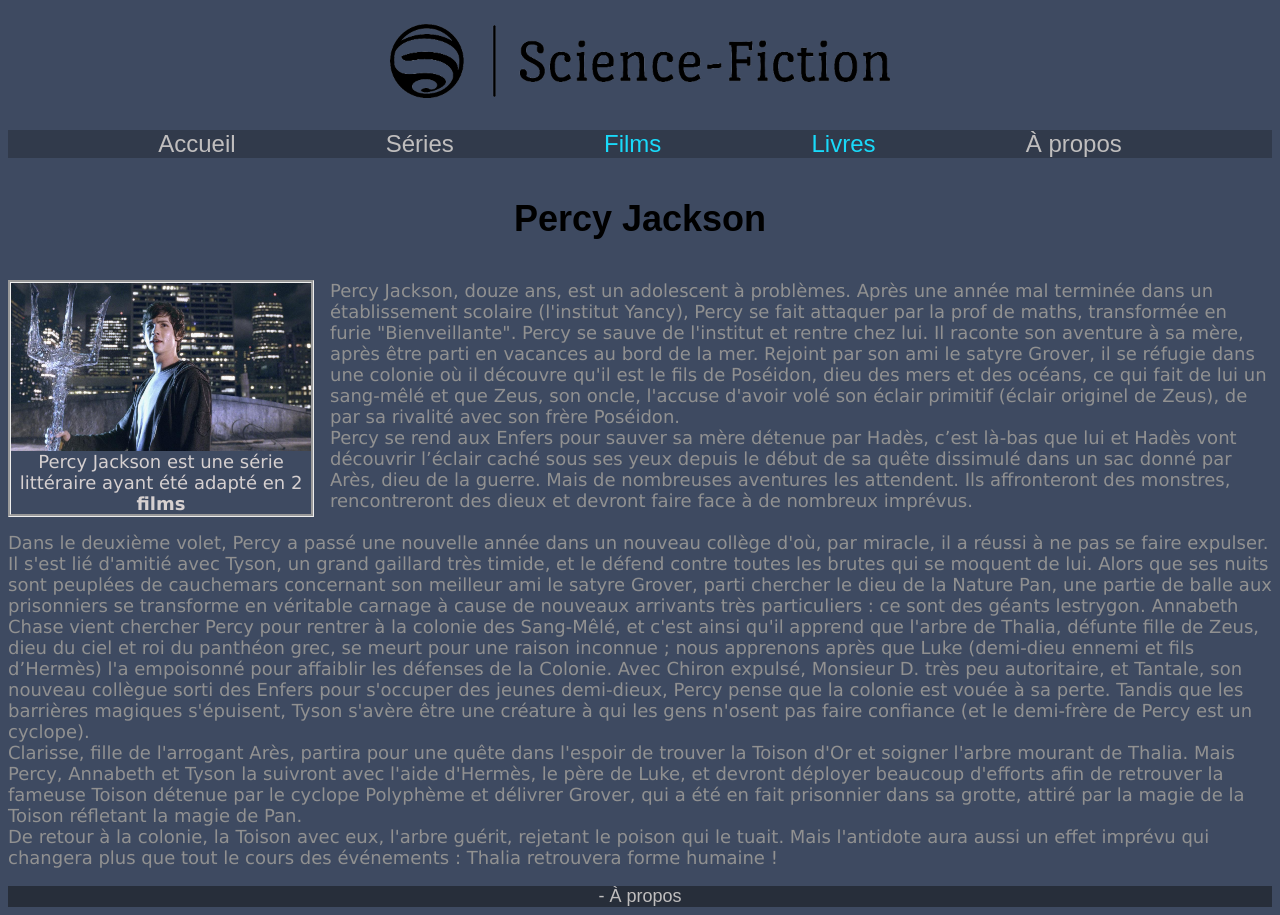
Repository: Emalios/Projet-Web
Page: html/livres/percy-jackson.html
An editor plug-in stored every save of this project. The page is shown before and after the next save, followed by the edit.
The browser window is 1280 px wide. The pictures show the whole page.

Above is the page before, as saved 2020-11-11 20:54:45.

### html/livres/percy-jackson.html
<!DOCTYPE html>
<html lang="fr" dir="ltr">

<head>
  <meta charset="utf-8">
  <meta name="viewport" content="width=device-width, initial-scale=1.0">
  <title>Percy Jackson</title>
  <link rel="icon" href="../../images/small_icon.png" type="image/png">
  <link rel="stylesheet" href="../../css/common.css">
  <link rel="stylesheet" href="../../css/description.css">
</head>

<body>
  <header>
    <img id="logo" src="../../images/logo_large.png" alt="logo de Science-fiction">

    <nav class="navbar">
      <a href="../../index.html" class="nav-link">Accueil</a>
      <a href="../series.html" class="nav-link">Séries</a>
      <a href="../films.html" id="active" class="nav-link">Films</a>
      <a href="../livres.html" id="active" class="nav-link">Livres</a>
      <a href="../a-propos.html" class="nav-link">À propos</a>
    </nav>
  </header>
  <h1 id="title">Percy Jackson</h1>
  <figure class="figure_descriptive">
    <img class="image_descriptive" alt="Percy Jackson et le trident de Poséidon" src="../../images/page-film/percy-jackson-trident-scene.jpg" />
    <figcaption class="description">Percy Jackson est une série littéraire ayant été adapté en 2 <b>films</b></figcaption>
  </figure>
  <main>
    <p class="resume">
      Percy Jackson, douze ans, est un adolescent à problèmes. Après une année mal terminée dans un établissement scolaire (l'institut Yancy), Percy se fait attaquer par la prof de maths, transformée en furie "Bienveillante". Percy se sauve de
      l'institut et rentre chez lui. Il raconte son aventure à sa mère, après être parti en vacances au bord de la mer. Rejoint par son ami le satyre Grover, il se réfugie dans une colonie où il découvre qu'il est le fils de Poséidon, dieu des mers
      et des océans, ce qui fait de lui un sang-mêlé et que Zeus, son oncle, l'accuse d'avoir volé son éclair primitif (éclair originel de Zeus), de par sa rivalité avec son frère Poséidon.<br>

      Percy se rend aux Enfers pour sauver sa mère détenue par Hadès, c’est là-bas que lui et Hadès vont découvrir l’éclair caché sous ses yeux depuis le début de sa quête dissimulé dans un sac donné par Arès, dieu de la guerre. Mais de nombreuses
      aventures les attendent. Ils affronteront des monstres, rencontreront des dieux et devront faire face à de nombreux imprévus.</br></br>
      Dans le deuxième volet, Percy a passé une nouvelle année dans un nouveau collège d'où, par miracle, il a réussi à ne pas se faire expulser. Il s'est lié d'amitié avec Tyson, un grand gaillard très timide, et le défend contre toutes les brutes
      qui se moquent de lui. Alors que ses nuits sont peuplées de cauchemars concernant son meilleur ami le satyre Grover, parti chercher le dieu de la Nature Pan, une partie de balle aux prisonniers se transforme en véritable carnage à cause de
      nouveaux arrivants très particuliers : ce sont des géants lestrygon. Annabeth Chase vient chercher Percy pour rentrer à la colonie des Sang-Mêlé, et c'est ainsi qu'il apprend que l'arbre de Thalia, défunte fille de Zeus, dieu du ciel et roi du
      panthéon grec, se meurt pour une raison inconnue ; nous apprenons après que Luke (demi-dieu ennemi et fils d’Hermès) l'a empoisonné pour affaiblir les défenses de la Colonie. Avec Chiron expulsé, Monsieur D. très peu autoritaire, et Tantale,
      son nouveau collègue sorti des Enfers pour s'occuper des jeunes demi-dieux, Percy pense que la colonie est vouée à sa perte. Tandis que les barrières magiques s'épuisent, Tyson s'avère être une créature à qui les gens n'osent pas faire
      confiance (et le demi-frère de Percy est un cyclope).<br>

      Clarisse, fille de l'arrogant Arès, partira pour une quête dans l'espoir de trouver la Toison d'Or et soigner l'arbre mourant de Thalia. Mais Percy, Annabeth et Tyson la suivront avec l'aide d'Hermès, le père de Luke, et devront déployer
      beaucoup d'efforts afin de retrouver la fameuse Toison détenue par le cyclope Polyphème et délivrer Grover, qui a été en fait prisonnier dans sa grotte, attiré par la magie de la Toison réfletant la magie de Pan.<br>

      De retour à la colonie, la Toison avec eux, l'arbre guérit, rejetant le poison qui le tuait. Mais l'antidote aura aussi un effet imprévu qui changera plus que tout le cours des événements : Thalia retrouvera forme humaine !
    </p>
  </main>
  <footer><a href="../a-propos.html" class="footer-link">- À propos</a></footer>


</body>

</html>

### css/common.css
body {
  background-color: #3e4a61;
  font-size: 18px;
  font-family: "Source Sans Pro", sans-serif;
}

#logo {
  display: block;
  margin-left: auto;
  margin-right: auto;
  padding-top: 1rem;
  padding-bottom: 2rem;
  max-width: 500px;
}

ul {
  list-style: none outside none;
}

.navbar {
  font-size: 24px;
  display: flex;
  flex-wrap: wrap;
  justify-content: space-evenly;
  padding: 0;
  background-color: #313a4b;
}

.nav-link, .footer-link {
  text-decoration: none;
  color: #c0bebe;
}

.nav-link:hover {
  color: #19dafa;
}

#active {
  color: #19dafa !important;
}

#title {
  text-align: center;
  padding: 1rem;
}

footer {
  background-color: #272e3a;
  text-align: center;
}

@media all and (max-width: 700px) {
  #logo {
    display: block;
    margin-left: auto;
    margin-right: auto;
    padding-top: 1em;
    width: 85%;
    max-width: 500px;
  }

}

### css/description.css
.resume, .description {
  color: #919191;
  font-family: Verdana, sans-serif;
}

.description {
    color: #d6d0d0;
}

.figure_descriptive {
    margin: 0;
    margin-right: 1rem;
    width: min-content;
    display: flex;
    flex-direction: column;
    float: left;
    text-align: center;
    border-style: groove;
}

.description {
  margin: 0;
  width: 100%;
  text-align: center;
}

.image_descriptive {
  float: left;
  width: 100%;
  min-width: 300px;
}

After the next save:
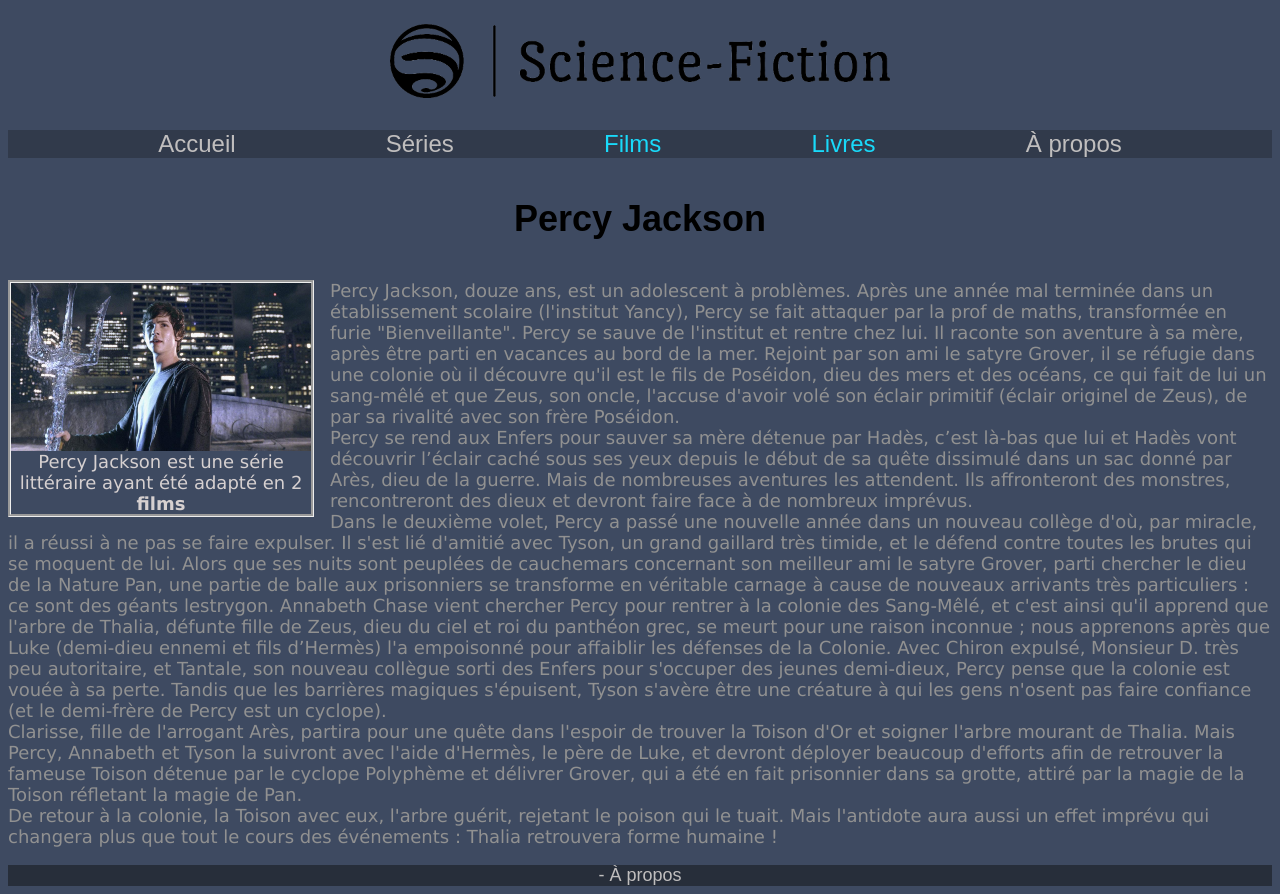
Saved 4 s later.
--- a/html/livres/percy-jackson.html
+++ b/html/livres/percy-jackson.html
@@ -34,7 +34,7 @@
       et des océans, ce qui fait de lui un sang-mêlé et que Zeus, son oncle, l'accuse d'avoir volé son éclair primitif (éclair originel de Zeus), de par sa rivalité avec son frère Poséidon.<br>
 
       Percy se rend aux Enfers pour sauver sa mère détenue par Hadès, c’est là-bas que lui et Hadès vont découvrir l’éclair caché sous ses yeux depuis le début de sa quête dissimulé dans un sac donné par Arès, dieu de la guerre. Mais de nombreuses
-      aventures les attendent. Ils affronteront des monstres, rencontreront des dieux et devront faire face à de nombreux imprévus.</br></br>
+      aventures les attendent. Ils affronteront des monstres, rencontreront des dieux et devront faire face à de nombreux imprévus.<br>
       Dans le deuxième volet, Percy a passé une nouvelle année dans un nouveau collège d'où, par miracle, il a réussi à ne pas se faire expulser. Il s'est lié d'amitié avec Tyson, un grand gaillard très timide, et le défend contre toutes les brutes
       qui se moquent de lui. Alors que ses nuits sont peuplées de cauchemars concernant son meilleur ami le satyre Grover, parti chercher le dieu de la Nature Pan, une partie de balle aux prisonniers se transforme en véritable carnage à cause de
       nouveaux arrivants très particuliers : ce sont des géants lestrygon. Annabeth Chase vient chercher Percy pour rentrer à la colonie des Sang-Mêlé, et c'est ainsi qu'il apprend que l'arbre de Thalia, défunte fille de Zeus, dieu du ciel et roi du
